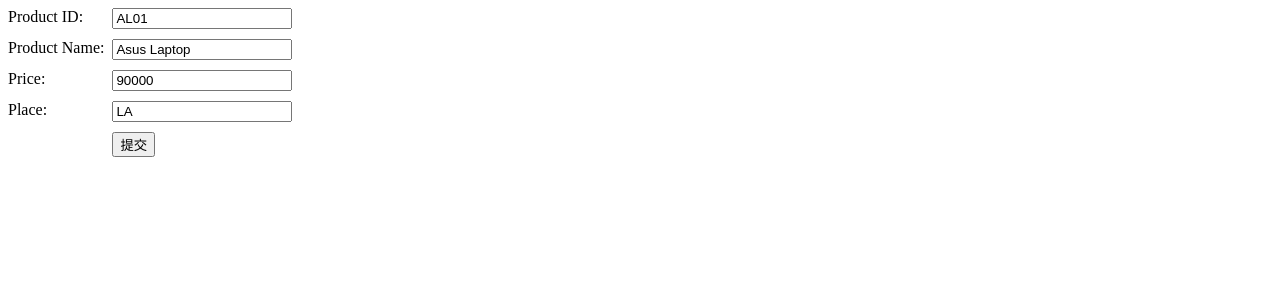
Repository: chofong1999/workspace202607
Page: mvweb0716/src/main/webapp/product.html
The author's editor kept a copy of each file at every save. The page is drawn from the files as they stood at one save, then again after the next save.
The browser window is 1280 px wide. The pictures show the whole page.

Above is the page before, as saved 2026-07-16 03:22:22.

### mvweb0716/src/main/webapp/product.html
<!DOCTYPE html>
<html>
<head>
<meta charset="UTF-8">
<title>Product Form</title>

<style>
.product-form {
    display: grid;
    grid-template-columns: max-content 180px;
    gap: 10px 8px;
}
.product-form button {
    grid-column: 2;
    justify-self: start;
}
</style>
</head>

<body>

<form action="product.jsp" method="post" class="product-form">
    Product ID:<input name="product_id" value="AL01">
    Product Name:<input name="product_name" value="Asus Laptop">
    Price:<input name="price" value="90000">
    Place:<input name="place" value="LA">
    <button>提交</button>
</form>

</body>
</html>

After the next save:
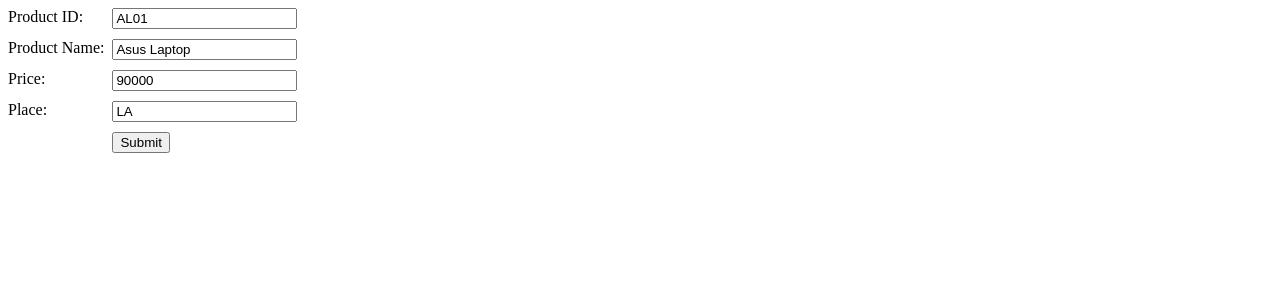
Saved 4 min 6 s later.
--- a/mvweb0716/src/main/webapp/product.html
+++ b/mvweb0716/src/main/webapp/product.html
@@ -10,7 +10,7 @@
     grid-template-columns: max-content 180px;
     gap: 10px 8px;
 }
-.product-form button {
+.product-form input {
     grid-column: 2;
     justify-self: start;
 }
@@ -24,7 +24,7 @@
     Product Name:<input name="product_name" value="Asus Laptop">
     Price:<input name="price" value="90000">
     Place:<input name="place" value="LA">
-    <button>提交</button>
+    <input type="submit">
 </form>
 
 </body>
